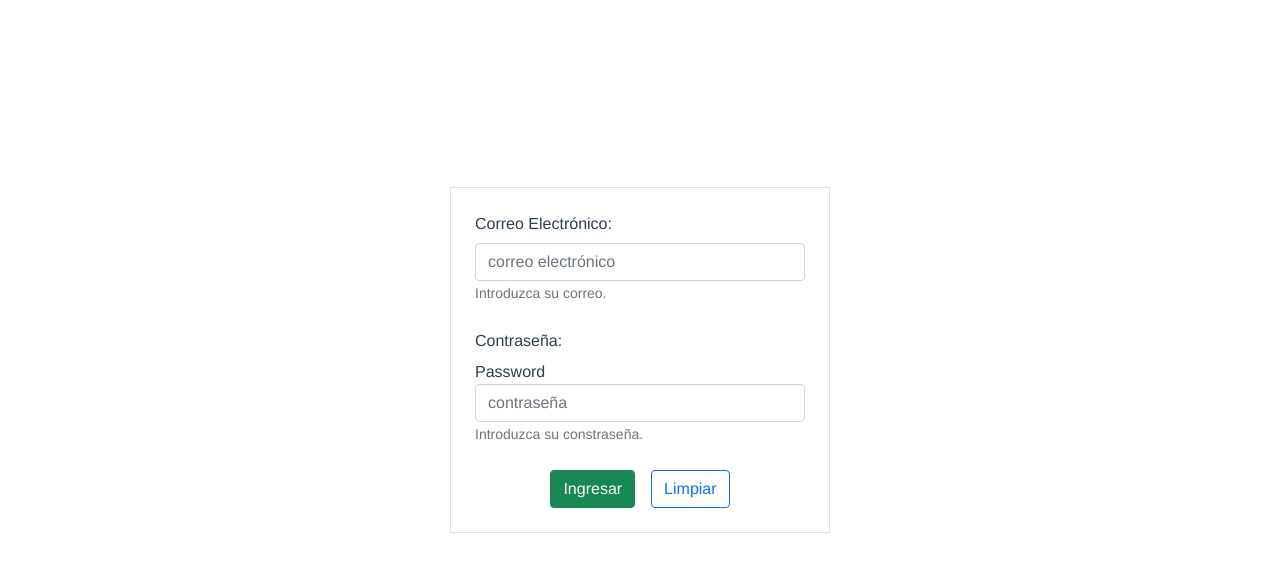
Repository: Darigo30/prueba-jugueteria
Page: /
These files come from the project's save history. The page is drawn as it stood at one moment and after the next save; the edit follows.
The browser window is 1280 px wide. The pictures show the whole page.
The project was rebuilt for these pictures with package versions that can differ from the ones it lists, and the page was loaded fresh each time. Also part of the build but not shown: src/views/Home.vue.

Above is the page before, as saved 2021-05-30 17:18:57.

### src/main.js
import Vue from "vue";
import App from "./App.vue";
import router from "./router";
import store from "./store";
import { BootstrapVue, IconsPlugin } from "bootstrap-vue";

import "bootstrap/dist/css/bootstrap.css";
import "bootstrap-vue/dist/bootstrap-vue.css";

Vue.use(BootstrapVue);
Vue.use(IconsPlugin);

Vue.config.productionTip = false;

import firebase from "firebase";
import { firebaseConfig } from "../firebase";

firebase.initializeApp(firebaseConfig);

router.beforeEach((to, from, next) => {
  const isAuthenticated = localStorage.getItem("login");

  if (to.name !== "Login" && isAuthenticated !== "logueado")
    next({ name: "Login" });
  else if (to.name === "Login" && isAuthenticated === "logueado")
    next({ name: "Home" });
  else next();
});

new Vue({
  router,
  store,
  render: (h) => h(App),
}).$mount("#app");

### src/App.vue
<template>
  <div id="app">
    <router-view />
  </div>
</template>

<script>
import { mapActions } from "vuex";

export default {
  name: "App",
  methods: {
    ...mapActions(["getProductos"]),
  },
  created() {
    this.getProductos();
  },
};
</script>

<style lang="scss">
#app {
  font-family: Avenir, Helvetica, Arial, sans-serif;
  -webkit-font-smoothing: antialiased;
  -moz-osx-font-smoothing: grayscale;
  text-align: center;
  color: #2c3e50;
}

#nav {
  padding: 30px;

  a {
    font-weight: bold;
    color: #2c3e50;

    &.router-link-exact-active {
      color: #42b983;
    }
  }
}
</style>

### src/router/index.js
import Vue from "vue";
import VueRouter from "vue-router";
import Home from "../views/Home.vue";

Vue.use(VueRouter);

const routes = [
  {
    path: "/",
    name: "Home",
    component: Home,
  },
  {
    path: "/about",
    name: "About",
    // route level code-splitting
    // this generates a separate chunk (about.[hash].js) for this route
    // which is lazy-loaded when the route is visited.
    component: () =>
      import(/* webpackChunkName: "about" */ "../views/About.vue"),
  },
  {
    path: "/login",
    name: "Login",
    component: () =>
      import(/* webpackChunkName: "login" */ "../views/Login.vue"),
  },
];


const router = new VueRouter({
  mode: "history",
  base: process.env.BASE_URL,
  routes,
});

export default router;

### src/store/index.js
import Vue from "vue";
import Vuex from "vuex";
import firebase from "firebase";

Vue.use(Vuex);

export default new Vuex.Store({
  state: {
    productos: [],
    titulos: [
      {
        label: "Código",
        key: "codigo",
      },
      {
        label: "Producto",
        key: "nombre",
      },
      {
        label: "Stock",
        key: "stock",
      },
      {
        label: "Precio",
        key: "precio",
      },
      {
        key: "actions",
        label: "Acciones",
      },
    ],
    editar: false,
    jugueteEditar: {
      nombre: "",
      precio: "",
      codigo: "",
      id: "",
      stock: "",
    },
  },
  mutations: {
    guardarProductos(state, payload) {
      const juguete = payload;
      if (!juguete) return;
      state.productos.push(juguete);
    },
    borrarProducto(state, payload) {
      const juguete = payload;
      if (!juguete) return;
      const index = state.productos.indexOf(juguete);
      const index2 = state.productos.indexOf(index);
      console.log(index2);
      state.productos.splice(index, 1);
    },
    booleanEditar(state) {
      state.editar = true;
    },
    editarJuguete(state, payload) {
      const juguete = payload;
      state.jugueteEditar = juguete;
    },
    agregarJugueteAlState(state, payload) {
      const existeJuguete = state.productos.find((juguetito) => juguetito.codigo === payload.codigo);
       // Si no existe ingresar a la base de datos.
       if (!existeJuguete) state.productos.push(payload);
    }
  },
  actions: {
    async getProductos({ commit }) {
      const db = firebase.firestore();
      try {
        const req = await db.collection("juguetes").get();
        if (req) {
          req.docs.forEach((juguete) => {
            const obj = juguete.data();
            const id = juguete.id;
            obj.id = id;
            commit("guardarProductos", obj);
          });
        }
      } catch (error) {
        console.log(error);
      }
    },
    async deleteProducto({ commit }, payload) {
      const juguete = payload;
      if (!juguete) return;
      const idFirebase = juguete.id;

      // Eliminar desde Firebase
      try {
        const db = firebase.firestore();
        const req = await db.collection("juguetes").doc(idFirebase).delete();
        console.log(req);
      } catch (error) {
        console.log(error);
      }

      // Eliminar desde Vuex
      commit("borrarProducto", juguete);
    },
    //actualizar tabla juguetes
    async updateProducto({ commit }, payload) {
      const juguete = payload;
      if (!juguete) return;
      const idFirebase = juguete.id;

      // Firebase
      try {
        const req = await firebase.firestore().collection("juguetes").doc(idFirebase).update({
            stock: juguete.stock,
            nombre: juguete.nombre,
            precio: juguete.precio
          });
        console.log(req);
      } catch (error) {
        console.log(error);
      }
      // Vuex
      commit();
    },
    //Agrego nuevo producto
    async crearNuevoProducto({ commit }, payload) {
      const nuevo = payload;
      if (!nuevo) return;
     // Actualizar el state
      commit("agregarJugueteAlState", nuevo);
      await firebase.firestore().collection("juguetes").add(nuevo);
    },
  },
  modules: {},
});

### firebase.js
// import firebase from "firebase";

const firebaseConfig = {
  apiKey: "AIzaSyDvwglZwsMT4GnbYgCJ6nH0Bmr47wSCZrA",
  authDomain: "bd-dari.firebaseapp.com",
  projectId: "bd-dari",
  storageBucket: "bd-dari.appspot.com",
  messagingSenderId: "200953098330",
  appId: "1:200953098330:web:2519dca58d3ee2c2336863",
  measurementId: "G-12NBXGDB2J"
};
export { firebaseConfig };

### src/views/Login.vue
<template>
  <b-container>
    <b-row style="height: 100vh">
      <b-col class="m-auto border p-4" cols="12" md="4">
        <b-form-group
          label="Correo Electrónico:"
          description="Introduzca su correo."
          class="text-start mb-4"
        >
          <b-form-input
            v-model="form.email"
            type="email"
            placeholder="correo electrónico"
          ></b-form-input>
        </b-form-group>

        <b-form-group
          label="Contraseña:"
          description="Introduzca su constraseña."
          class="text-start mb-4"
        >
          <label>Password</label>
          <b-form-input
            v-model="form.pass"
            type="password"
            placeholder="contraseña"
          ></b-form-input>
        </b-form-group>

        <b-button @click="login" variant="success" class="me-3"
          >Ingresar</b-button
        >
        <b-button @click="limpiar" variant="outline-primary">Limpiar</b-button>
      </b-col>
    </b-row>
  </b-container>
</template>

<script>
import firebase from "firebase";

export default {
  name: "Login",
  data() {
    return {
      form: {
        email: "",
        pass: "",
      },
    };
  },
  methods: {
    async login() {
      try {
        if (!this.form && !this.form.email && !this.form.pass) return;
        const req = await firebase
          .auth()
          .signInWithEmailAndPassword(this.form.email, this.form.pass);
        console.log(req);
        // if (req && req != null) this.$router.push("/");

        if (req && req != null) {
          localStorage.setItem("login", "logueado");
          this.$router.push("/");
        }
      } catch (error) {
        const errorCode = error.code;
        const errorMessage = error.message;
        console.log("Código de Error", errorCode);
        console.log("Mensaje de Error", errorMessage);
      }
    },
    limpiar() {
      if (!this.form) return;
      this.form.email = "";
      this.form.pass = "";
    },
  },
};
</script>

### src/components/Agregar.vue
<template>
    <div class="mb-5 pb-5 text-start">
    <h2 class="text-center">Agregar Datos</h2>
    <label>Código</label>
    <b-form-input v-model="codigo"></b-form-input>
    <label>Nombre</label>
    <b-form-input v-model="nombre"></b-form-input>
    <label>Stock</label>
    <b-form-input v-model="stock" ></b-form-input>
    <label>Precio</label>
    <b-form-input v-model="precio"></b-form-input>
    <b-button size="sm" @click="agregarJuguete()" class="my-1" variant="success">Agregar Juguete</b-button>
  </div>
</template>
<script>
    export default {
    name: "Agregar",
        data() {
            return {
                codigo: "",
                nombre: "",
                stock: 0,
                precio: 0,
            };
        },
    };
</script>

### src/components/Editar.vue
<template>
  <div v-if="editar" class="mb-5 pb-5 text-start">
    <h2 class="text-center">Editar Datos</h2>
    <label>Nombre</label>
    <b-form-input v-model="jugueteEditar.nombre"></b-form-input>
    <label>Stock</label>
    <b-form-input v-model="jugueteEditar.stock" ></b-form-input>
    <label>Precio</label>
    <b-form-input v-model="jugueteEditar.precio"></b-form-input>
    <b-button
      size="sm"
      @click="actualizar(jugueteEditar)"
      class="my-1"
      variant="success"
      >Actualizar Información</b-button
    >
  </div>
</template>

<script>
import { mapState, mapActions } from "vuex";

export default {
  name: "Editar",
  data() {
    return {
      nombre: "",
      stock: 0,
      precio: 0,
    };
  },
  computed: {
    ...mapState(["editar", "jugueteEditar"]),
  },
  methods: {
    ...mapActions(["updateProducto"]),
    actualizar(juguete) {
      this.updateProducto(juguete);
    },
  },
};
</script>

### src/components/Tabla.vue
<template>
  <b-table
    v-if="filas && encabezados"
    striped
    hover
    sort-desc.sync="false"
    sort-direction="asc"
    :fields="encabezados"
    :items="filas"
    :sort-by.sync="ordenarPor"
  >
    <template #cell(actions)="row">
      <b-button
        size="sm"
        @click="editar(row.item)"
        class="my-1 me-4"
        variant="primary"
        >Editar</b-button
      >
      <b-button
        size="sm"
        @click="borrar(row.item)"
        class="my-1"
        variant="danger"
        >Eliminar</b-button
      >
    </template>
  </b-table>
</template>

<script>
import { mapMutations, mapActions } from "vuex";

export default {
  name: "TablaDeDatos",
  data() {
    return {
      ordenarPor: "",
    };
  },
  props: {
    filas: {
      type: Array,
    },
    encabezados: {
      type: Array,
    },
  },
  methods: {
    borrar(juguete) {
      this.deleteProducto(juguete);
    },
    editar(juguete) {
      this.booleanEditar();
      this.editarJuguete(juguete);
    },
    ...mapActions(["deleteProducto"]),
    ...mapMutations(["booleanEditar", "editarJuguete"]),
  },
};
</script>

Loaded but not shown: public/index.html (common file)

After the next save:
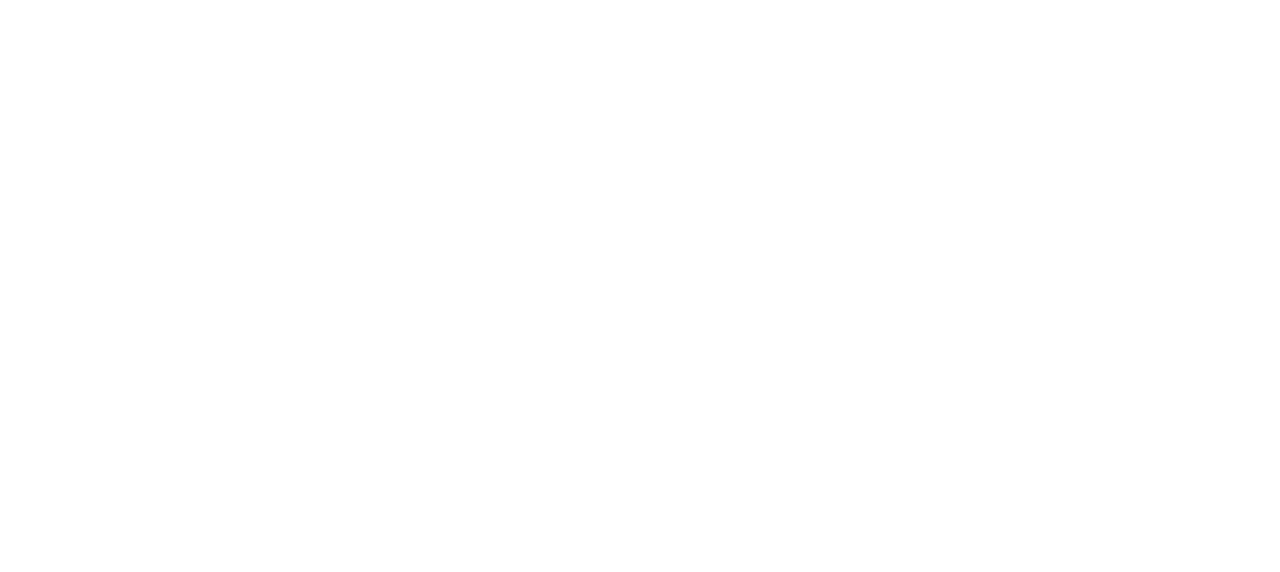
Console error: ReferenceError: mapActions is not defined
Saved 2 min 11 s later.
--- a/src/components/Agregar.vue
+++ b/src/components/Agregar.vue
@@ -23,5 +23,8 @@
                 precio: 0,
             };
         },
+        methods: {
+            ...mapActions(["crearNuevoProducto"]),
+        },
     };
 </script>

After the save that followed:
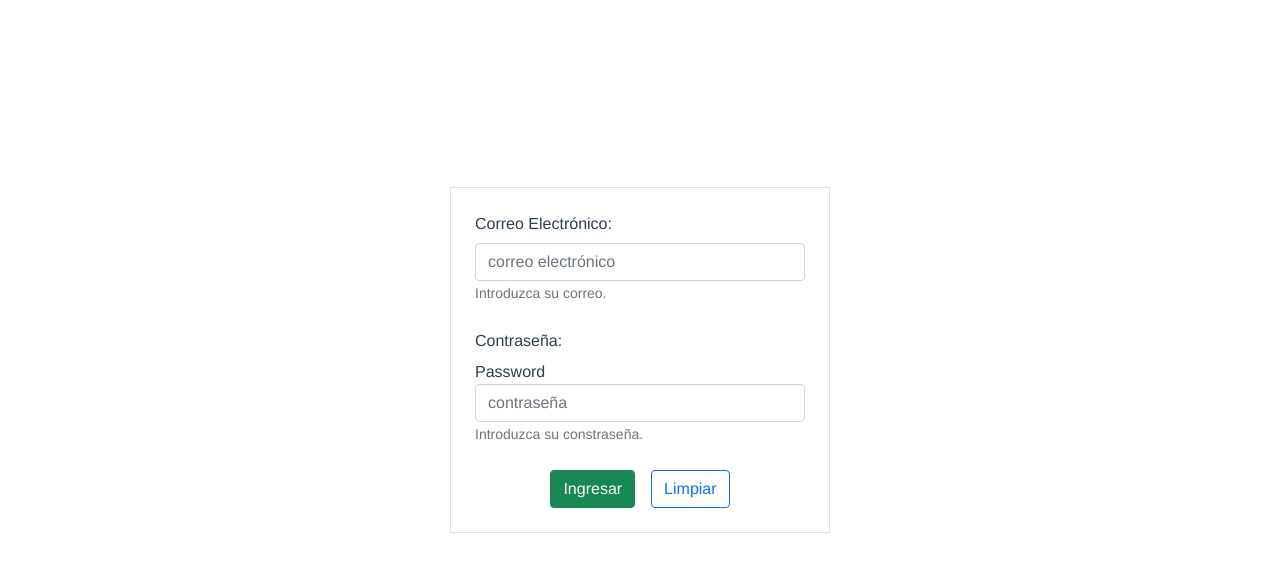
The error is gone.
Saved 20 s later.
--- a/src/components/Agregar.vue
+++ b/src/components/Agregar.vue
@@ -13,6 +13,7 @@
   </div>
 </template>
 <script>
+    import { mapActions } from "vuex";
     export default {
     name: "Agregar",
         data() {
